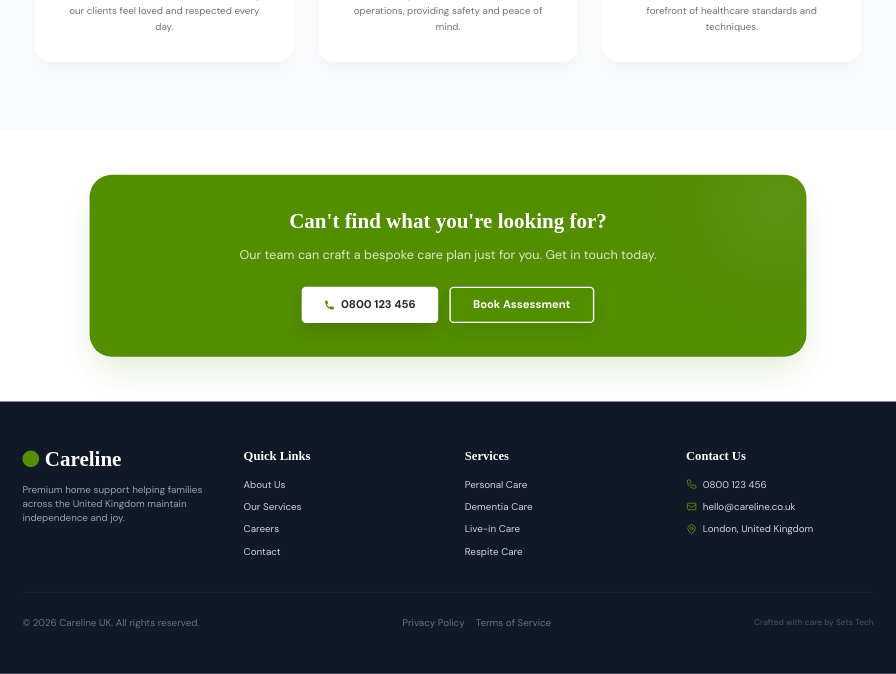
Repository: Iqbalhossen07/care
Page: http://localhost/about.php
The author's editor kept a copy of each file at every save. The page is drawn from the files as they stood at one save, then again after the next save.
The browser window is 1280 px wide. The pictures show the part of the page from y = 1431 to 3351 px (the page is 2394 px tall before and 3374 px after), at 70% of full size.
Some web fonts or font styles are not loaded; a fallback is used. Some web libraries are served in a nearby version. The page is run by PHP 8.4 with error messages shown; the project is at /var/www/html/.

Above is the page before, as saved 2026-02-28 06:27:33.

### about.php
<?php include('head.php') ?>

<body class="font-body text-gray-600 antialiased bg-white">
    <?php include('header.php') ?>

    <section class="relative h-[250px] flex items-center overflow-hidden bg-darkText">
        <div class="absolute inset-0 z-0">
            <img src="https://images.unsplash.com/photo-1516706562779-ad3fd557341b?auto=format&fit=crop&w=1500&q=80"
                class="w-full h-full object-cover opacity-30" alt="About Careline">
            <div class="absolute inset-0 bg-gradient-to-r from-darkText via-darkText/90 to-transparent"></div>
        </div>

        <div class="max-w-7xl mx-auto px-6 lg:px-12 relative z-10 w-full">
            <nav class="flex mb-4 text-sm font-medium">
                <ol class="inline-flex items-center space-x-2">
                    <li><a href="index.php" class="text-gray-400 hover:text-brand transition-colors">Home</a></li>
                    <li class="text-gray-600">/</li>
                    <li class="text-brand font-bold uppercase tracking-widest text-[11px] md:text-sm">About Us</li>
                </ol>
            </nav>
            <h1 class="font-heading text-4xl md:text-5xl font-bold text-white mb-2 tracking-tight">Our Mission & Heart
            </h1>
            <p class="text-gray-300 text-lg max-w-2xl">Dedicated to providing compassionate care in the comfort of your
                home.</p>
        </div>
    </section>

    <section class="py-24 bg-white overflow-hidden">
        <div class="max-w-7xl mx-auto px-6 lg:px-12">
            <div class="grid lg:grid-cols-2 gap-16 items-center">
                <div class="relative group">
                    <div
                        class="relative rounded-[2.5rem] overflow-hidden border-8 border-white shadow-[0_25px_60px_-15px_rgba(0,0,0,0.2)] z-10">
                        <img src="https://images.unsplash.com/photo-1576765608535-5f04d1e3f289?auto=format&fit=crop&w=1000&q=80"
                            alt="Caregiving"
                            class="w-full h-[500px] object-cover transition-transform duration-700 group-hover:scale-105">
                    </div>
                    <div class="absolute -bottom-6 -left-6 w-40 h-40 bg-brand/10 rounded-full blur-3xl -z-0"></div>
                </div>

                <div class="space-y-8">
                    <div>
                        <h2
                            class="font-heading text-3xl md:text-4xl font-bold text-darkText mb-6 uppercase tracking-tight">
                            Caring is not just our job, <br><span class="text-brand italic">it's our passion.</span>
                        </h2>
                        <div class="w-20 h-1.5 bg-brand rounded-full mb-8"></div>
                        <p class="text-lg leading-relaxed text-gray-600 mb-6">
                            Community Careline was founded with a simple yet powerful vision: to treat every client like
                            our own family. We believe that everyone deserves to age with dignity, surrounded by love
                            and professional support.
                        </p>
                        <p class="text-lg leading-relaxed text-gray-600">
                            Based in Kent, we have grown into a trusted home care provider, known for our rigorous staff
                            selection and personalized care plans that meet the unique needs of every individual.
                        </p>
                    </div>
                    <div class="flex flex-wrap gap-8">
                        <div>
                            <p class="text-4xl font-bold text-darkText">10+</p>
                            <p class="text-xs font-bold text-brand uppercase tracking-widest mt-1">Years Experience</p>
                        </div>
                        <div>
                            <p class="text-4xl font-bold text-darkText">500+</p>
                            <p class="text-xs font-bold text-brand uppercase tracking-widest mt-1">Happy Families</p>
                        </div>
                        <div>
                            <p class="text-4xl font-bold text-darkText">100%</p>
                            <p class="text-xs font-bold text-brand uppercase tracking-widest mt-1">DBS Checked</p>
                        </div>
                    </div>
                </div>
            </div>
        </div>
    </section>

    <section class="py-24 bg-lightBg">
        <div class="max-w-7xl mx-auto px-6 lg:px-12 text-center">
            <h2 class="font-heading text-3xl md:text-4xl font-bold text-darkText mb-16">The Values We Live By</h2>

            <div class="grid md:grid-cols-3 gap-8">
                <div
                    class="bg-white p-10 rounded-3xl border border-gray-100 shadow-xl shadow-black/[0.02] hover:-translate-y-2 transition-all duration-300">
                    <div
                        class="w-16 h-16 bg-brand/10 rounded-2xl flex items-center justify-center text-brand mx-auto mb-6">
                        <svg class="w-8 h-8" fill="none" stroke="currentColor" viewBox="0 0 24 24">
                            <path stroke-linecap="round" stroke-linejoin="round" stroke-width="2"
                                d="M4.318 6.318a4.5 4.5 0 000 6.364L12 20.364l7.682-7.682a4.5 4.5 0 00-6.364-6.364L12 7.636l-1.318-1.318a4.5 4.5 0 00-6.364 0z">
                            </path>
                        </svg>
                    </div>
                    <h4 class="font-bold text-xl text-darkText mb-4">Compassion</h4>
                    <p class="text-sm leading-relaxed text-gray-500">We care with empathy and heart, ensuring our
                        clients feel loved and respected every day.</p>
                </div>

                <div
                    class="bg-white p-10 rounded-3xl border border-gray-100 shadow-xl shadow-black/[0.02] hover:-translate-y-2 transition-all duration-300">
                    <div
                        class="w-16 h-16 bg-brand/10 rounded-2xl flex items-center justify-center text-brand mx-auto mb-6">
                        <svg class="w-8 h-8" fill="none" stroke="currentColor" viewBox="0 0 24 24">
                            <path stroke-linecap="round" stroke-linejoin="round" stroke-width="2"
                                d="M9 12l2 2 4-4m5.618-4.016A11.955 11.955 0 0112 2.944a11.955 11.955 0 01-8.618 3.04A12.02 12.02 0 003 9c0 5.591 3.824 10.29 9 11.622 5.176-1.332 9-6.03 9-11.622 0-1.042-.133-2.052-.382-3.016z">
                            </path>
                        </svg>
                    </div>
                    <h4 class="font-bold text-xl text-darkText mb-4">Integrity</h4>
                    <p class="text-sm leading-relaxed text-gray-500">Fully CQC registered and transparent in our
                        operations, providing safety and peace of mind.</p>
                </div>

                <div
                    class="bg-white p-10 rounded-3xl border border-gray-100 shadow-xl shadow-black/[0.02] hover:-translate-y-2 transition-all duration-300">
                    <div
                        class="w-16 h-16 bg-brand/10 rounded-2xl flex items-center justify-center text-brand mx-auto mb-6">
                        <svg class="w-8 h-8" fill="none" stroke="currentColor" viewBox="0 0 24 24">
                            <path stroke-linecap="round" stroke-linejoin="round" stroke-width="2"
                                d="M13 10V3L4 14h7v7l9-11h-7z"></path>
                        </svg>
                    </div>
                    <h4 class="font-bold text-xl text-darkText mb-4">Excellence</h4>
                    <p class="text-sm leading-relaxed text-gray-500">We constantly train our staff to stay at the
                        forefront of healthcare standards and techniques.</p>
                </div>
            </div>
        </div>
    </section>

    <?php include('cta.php') ?>

    <?php include('footer.php') ?>

    <script src="main.js"></script>
</body>

</html>

### head.php
<!DOCTYPE html>
<html lang="en" class="scroll-smooth">

<head>
    <meta charset="UTF-8">
    <meta name="viewport" content="width=device-width, initial-scale=1.0">
    <title>Careline | Premium UK Home Support</title>
    <link
        href="https://fonts.googleapis.com/css2?family=DM+Sans:wght@400;500;700&family=PT+Serif:ital,wght@0,400;0,700;1,400&display=swap"
        rel="stylesheet">
    <script src="https://cdn.tailwindcss.com"></script>
    <script>
    tailwind.config = {
        theme: {
            extend: {
                colors: {
                    brand: '#538d00',
                    brandDark: '#7ab81f',
                    darkText: '#1f2937',
                    lightBg: '#f9fafb'
                },
                fontFamily: {
                    heading: ['"PT Serif"', 'serif'],
                    body: ['"DM Sans"', 'sans-serif'],
                }
            }
        }
    }
    </script>

    <link rel="stylesheet" href="style.css?v=<?= time(); ?>">
</head>

### header.php
 <header class="bg-white/95 backdrop-blur-sm border-b border-gray-100 sticky top-0 z-50">
     <div class="max-w-7xl mx-auto px-4 sm:px-6 lg:px-8">
         <div class="flex justify-between items-center h-20">
             <a href="#" class="font-heading font-bold text-3xl text-darkText flex items-center gap-2">
                 <span class="w-8 h-8 rounded-full bg-brand inline-block shadow-md"></span>
                 Careline
             </a>

             <nav class="hidden md:flex space-x-8 items-center">
                 <a href="index.php" class="text-gray-700 hover:text-brand font-medium transition-colors">Home</a>
                 <a href="about.php" class="text-gray-700 hover:text-brand font-medium transition-colors">About Us</a>
                 <a href="services.php"
                     class="text-gray-700 hover:text-brand font-medium transition-colors">Services</a>
                 <a href="careers.php" class="text-gray-700 hover:text-brand font-medium transition-colors">Careers</a>
                 <a href="blogs.php" class="text-gray-700 hover:text-brand font-medium transition-colors">Blogs</a>
                 <a href="contact.php"
                     class="bg-brand text-white px-6 py-2.5 rounded-md font-bold hover:bg-brandDark shadow-md shadow-black/20 hover:shadow-lg hover:shadow-black/30 transition-all duration-300 transform hover:-translate-y-1">
                     Contact Us
                 </a>
             </nav>

             <div class="md:hidden flex items-center">
                 <button id="mobile-menu-btn" class="text-gray-700 hover:text-brand focus:outline-none p-2">
                     <svg class="h-7 w-7" fill="none" viewBox="0 0 24 24" stroke="currentColor">
                         <path id="menu-icon" stroke-linecap="round" stroke-linejoin="round" stroke-width="2"
                             d="M4 6h16M4 12h16M4 18h16" />
                     </svg>
                 </button>
             </div>
         </div>
     </div>

     <div id="mobile-menu" class="hidden md:hidden bg-white border-t border-gray-100 absolute w-full shadow-xl">
         <div class="px-4 pt-2 pb-6 space-y-2">
             <a href="index.php"
                 class="block px-3 py-3 text-base font-medium text-gray-700 hover:text-brand hover:bg-lightBg rounded-lg">Home</a>
             <a href="about.php"
                 class="block px-3 py-3 text-base font-medium text-gray-700 hover:text-brand hover:bg-lightBg rounded-lg">About
                 Us</a>
             <a href="services.php"
                 class="block px-3 py-3 text-base font-medium text-gray-700 hover:text-brand hover:bg-lightBg rounded-lg">Services</a>
             <a href="careers.php"
                 class="block px-3 py-3 text-base font-medium text-gray-700 hover:text-brand hover:bg-lightBg rounded-lg">
                 Careers</a>
             <a href="blogs.php"
                 class="block px-3 py-3 text-base font-medium text-gray-700 hover:text-brand hover:bg-lightBg rounded-lg">
                 Blogs</a>
             <a href="contact.php"
                 class="block px-3 py-2 text-base font-bold text-white bg-brand text-center rounded-lg mt-4 shadow-md shadow-black/20 hover:shadow-lg hover:shadow-black/30 transition-all duration-300 transform hover:-translate-y-1">Get
                 Contact Us</a>
         </div>
     </div>
 </header>

### cta.php
 <section class="py-16 bg-white px-6">
        <div
            class="max-w-5xl mx-auto bg-brand p-8 md:p-12 rounded-[2rem] shadow-2xl shadow-brand/20 relative overflow-hidden">

            <div class="absolute -top-10 -right-10 w-40 h-40 bg-white/10 rounded-full blur-3xl"></div>

            <div class="max-w-2xl mx-auto text-center relative z-10">
                <h2 class="font-heading text-2xl md:text-3xl font-bold text-white mb-4">
                    Can't find what you're looking for?
                </h2>
                <p class="text-white/80 text-base md:text-lg mb-8">
                    Our team can craft a bespoke care plan just for you. Get in touch today.
                </p>

                <div class="flex flex-row justify-center gap-3 md:gap-4">
                    <a href="tel:0800123456"
                        class="flex-1 sm:flex-none bg-white text-darkText px-4 sm:px-8 py-3 rounded-md font-bold text-xs sm:text-base hover:bg-gray-50 transition-all shadow-[0_10px_25px_-5px_rgba(0,0,0,0.2)] hover:shadow-[0_15px_30px_-5px_rgba(0,0,0,0.3)] transform hover:-translate-y-1 duration-300 flex items-center justify-center gap-2">
                        <svg class="w-3 h-3 sm:w-4 sm:h-4 text-brand" fill="currentColor" viewBox="0 0 20 20">
                            <path
                                d="M2 3a1 1 0 011-1h2.153a1 1 0 01.986.836l.74 4.435a1 1 0 01-.54 1.06l-1.548.773a11.037 11.037 0 005.454 5.454l.774-1.548a1 1 0 011.06-.54l4.435.74a1 1 0 01.836.986V17a1 1 0 01-1 1h-2C7.82 18 2 12.18 2 5V3z">
                            </path>
                        </svg>
                        <span class="whitespace-nowrap">0800 123 456</span>
                    </a>

                    <a href="contact.php"
                        class="flex-1 sm:flex-none border-2 border-white text-white px-4 sm:px-8 py-3 rounded-md font-bold text-xs sm:text-base hover:bg-white hover:text-brand transition-all shadow-[0_10px_25px_-5px_rgba(0,0,0,0.1)] hover:shadow-[0_15px_30px_-5px_rgba(0,0,0,0.2)] transform hover:-translate-y-1 duration-300 flex items-center justify-center">
                        <span class="whitespace-nowrap">Book Assessment</span>
                    </a>
                </div>
            </div>
        </div>
    </section>

### style.css
@keyframes scroll-left {
  0% {
    transform: translateX(0);
  }

  100% {
    transform: translateX(-50%);
  }
}

.animate-marquee {
  display: flex;
  width: max-content;
  animation: scroll-left 60s linear infinite;
}

.animate-marquee:hover {
  animation-play-state: paused;
  /* Pause on hover so users can read */
}

.description {
  display: -webkit-box;
  -webkit-line-clamp: 2; /* কয় লাইন দেখাবে */
  -webkit-box-orient: vertical;
  overflow: hidden; /* এটি না থাকলে বাকি লেখাগুলো নিচে দেখা যাবে */
}

Loaded but not shown: main.js (130 lines, source omitted); footer.php (66 lines, source omitted)

After the next save:
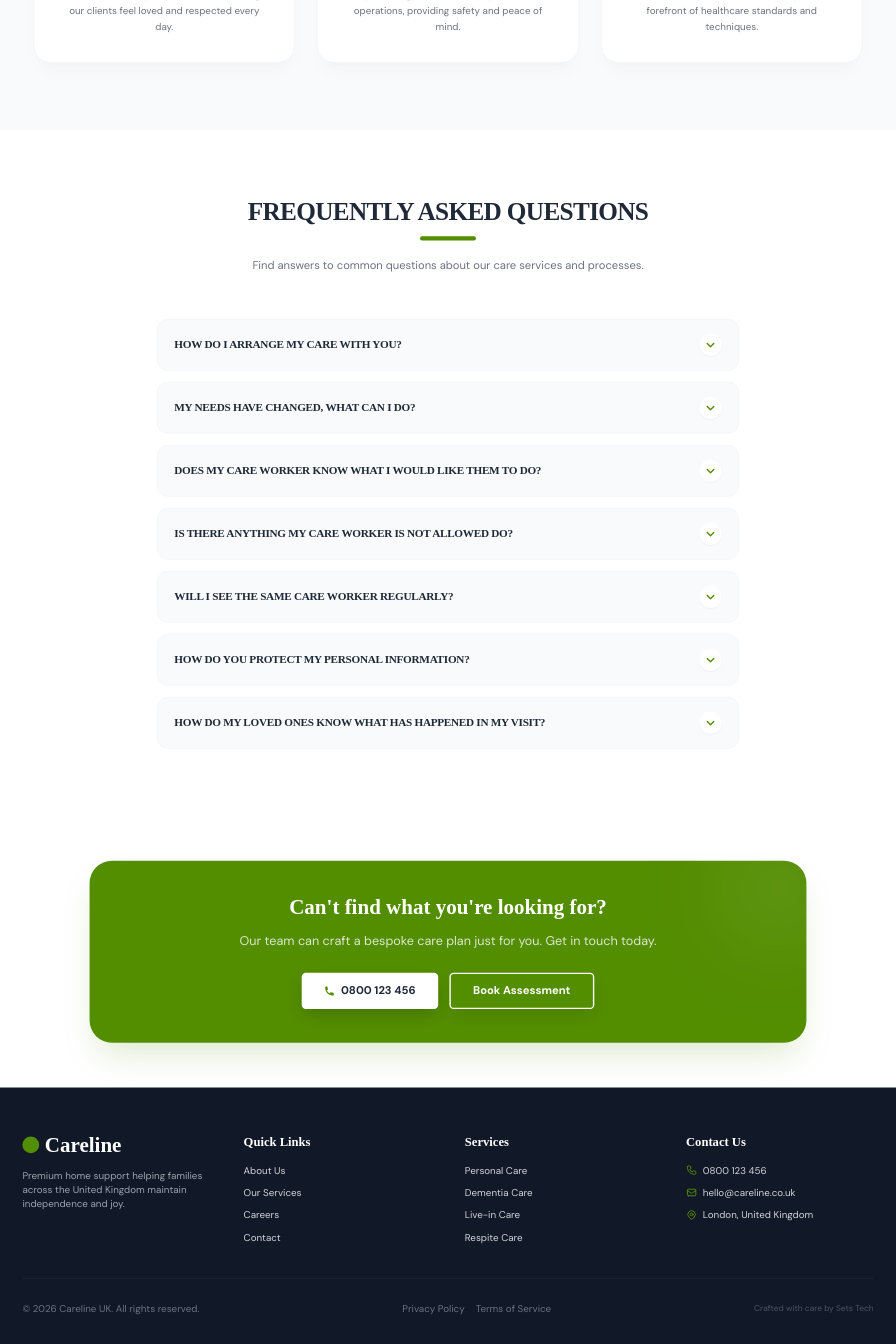
Saved 4 min 54 s later.
--- a/about.php
+++ b/about.php
@@ -126,6 +126,111 @@
         </div>
     </section>
 
+    <section class="py-24 bg-white">
+        <div class="max-w-4xl mx-auto px-6 lg:px-8">
+            <div class="text-center mb-16">
+                <h2 class="font-heading text-3xl md:text-4xl font-bold text-darkText mb-4 uppercase tracking-tight">
+                    Frequently Asked Questions</h2>
+                <div class="w-20 h-1.5 bg-brand rounded-full mx-auto"></div>
+                <p class="mt-6 text-gray-500">Find answers to common questions about our care services and processes.
+                </p>
+            </div>
+
+            <div class="space-y-4">
+
+                <?php
+                $faqs = [
+                    [
+                        "q" => "HOW DO I ARRANGE MY CARE WITH YOU?",
+                        "a" => "Deciding that you need support is an incredibly big step for you and your loved ones. You can ring us directly on <span class='text-brand font-bold'>01634 853187</span> where we can have a chat about what you would like from us, email us at <span class='text-brand font-bold'>info@communitycareline.uk</span> or complete the enquiry form in the “Contact Us” section on this web site and we will get back to you as soon as we can and answer all of your questions."
+                    ],
+                    [
+                        "q" => "MY NEEDS HAVE CHANGED, WHAT CAN I DO?",
+                        "a" => "Your care plan is completely about you, your needs, goals you may have and we understand your needs may change. Regular reviews are completed with you, but you can tell us at any time if you feel that your care package needs updating. A member of the team will come and visit you and put together your new plan."
+                    ],
+                    [
+                        "q" => "DOES MY CARE WORKER KNOW WHAT I WOULD LIKE THEM TO DO?",
+                        "a" => "Community Careline Services (Medway) Ltd ensure that your care package focuses on your individual needs and preferences. Care Workers will have access to the care plan that you have agreed to via the app they use. Their training tells them that they must adhere to your planned care and if there are changes that are needed they will inform the Senior Care Workers."
+                    ],
+                    [
+                        "q" => "IS THERE ANYTHING MY CARE WORKER IS NOT ALLOWED DO?",
+                        "a" => "Care Workers cannot and will not make decisions for you or tell you what you need or what needs to be done. Everything that you have agreed in your plan of care is what they will help you with. During your initial assessment you will be advised if there is something that cannot be done by one of our Care Workers and alternatives can be offered."
+                    ],
+                    [
+                        "q" => "WILL I SEE THE SAME CARE WORKER REGULARLY?",
+                        "a" => "Building trusted relationships are a vital part to delivering you the care that will make a difference to you. We will do our very best to deliver continuity in your care which means having a regular set of Care Workers."
+                    ],
+                    [
+                        "q" => "HOW DO YOU PROTECT MY PERSONAL INFORMATION?",
+                        "a" => "Community Careline Services (Medway) Ltd adheres to GDPR regulations and the NHS Data Protection Toolkit, your personal information is kept securely and only those who need this information will have access to it. All our systems meet GDPR requirements when it comes to security."
+                    ],
+                    [
+                        "q" => "HOW DO MY LOVED ONES KNOW WHAT HAS HAPPENED IN MY VISIT?",
+                        "a" => "Technology plays a large part in what we do. The system we use has a <span class='font-bold text-darkText'>Friends and Family Portal</span> designed to let your loved ones see when your care visit has taken place, what the Care Worker did and any important information. You can be invited to log into this platform by providing your email address with consent from the client themselves."
+                    ]
+                ];
+
+                foreach ($faqs as $index => $faq):
+                ?>
+                <div
+                    class="faq-item border border-gray-100 rounded-2xl bg-lightBg overflow-hidden transition-all duration-300">
+                    <button class="faq-btn w-full px-6 py-5 flex items-center justify-between text-left group">
+                        <span
+                            class="font-heading font-bold text-darkText text-sm md:text-base pr-4 group-hover:text-brand transition-colors uppercase tracking-tight">
+                            <?php echo $faq['q']; ?>
+                        </span>
+                        <span
+                            class="faq-icon w-8 h-8 rounded-full bg-white flex items-center justify-center text-brand shadow-sm transition-transform duration-300">
+                            <svg class="w-4 h-4" fill="none" stroke="currentColor" viewBox="0 0 24 24">
+                                <path stroke-linecap="round" stroke-linejoin="round" stroke-width="3"
+                                    d="M19 9l-7 7-7-7"></path>
+                            </svg>
+                        </span>
+                    </button>
+                    <div class="faq-answer max-h-0 overflow-hidden transition-all duration-300 ease-in-out bg-white">
+                        <div
+                            class="px-6 py-5 text-gray-500 text-sm md:text-base leading-relaxed border-t border-gray-50">
+                            <?php echo $faq['a']; ?>
+                        </div>
+                    </div>
+                </div>
+                <?php endforeach; ?>
+
+            </div>
+        </div>
+    </section>
+
+    <script>
+    document.querySelectorAll('.faq-btn').forEach(button => {
+        button.addEventListener('click', () => {
+            const accordionItem = button.parentElement;
+            const answer = button.nextElementSibling;
+            const icon = button.querySelector('.faq-icon');
+
+            // Close other items
+            document.querySelectorAll('.faq-answer').forEach(item => {
+                if (item !== answer) {
+                    item.style.maxHeight = null;
+                    item.parentElement.classList.remove('border-brand/30', 'shadow-lg');
+                    item.previousElementSibling.querySelector('.faq-icon').style.transform =
+                        'rotate(0deg)';
+                }
+            });
+
+            // Toggle current item
+            if (answer.style.maxHeight) {
+                answer.style.maxHeight = null;
+                accordionItem.classList.remove('border-brand/30', 'shadow-lg');
+                icon.style.transform = 'rotate(0deg)';
+            } else {
+                answer.style.maxHeight = answer.scrollHeight + "px";
+                accordionItem.classList.add('border-brand/30', 'shadow-lg');
+                icon.style.transform = 'rotate(180deg)';
+            }
+        });
+    });
+    </script>
+
     <?php include('cta.php') ?>
 
     <?php include('footer.php') ?>
